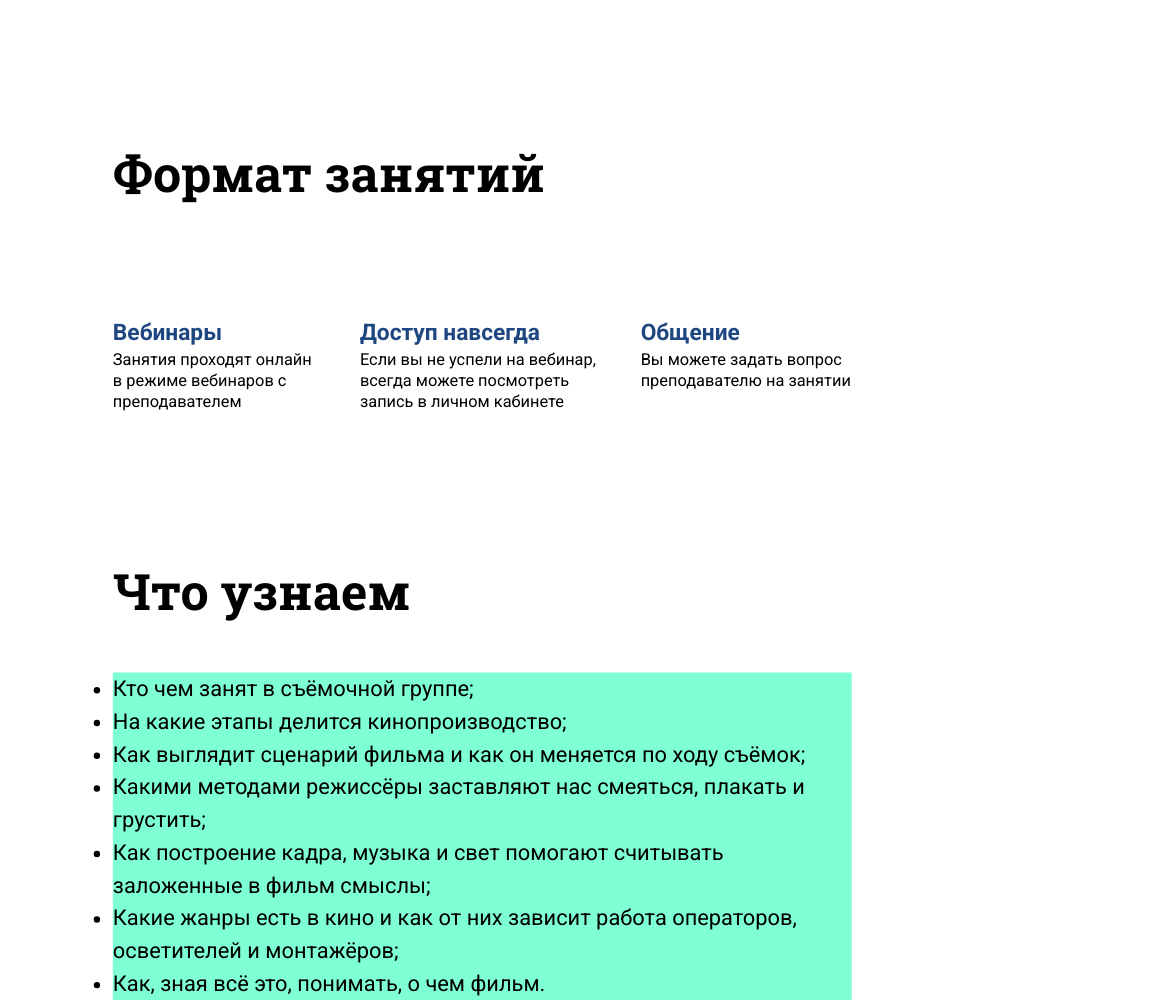
Repository: PoladEziz/Task2
Page: index.html
The author's editor kept a copy of each file at every save. The page is drawn from the files as they stood at one save, then again after the next save.
The browser window is 1280 px wide. The pictures show the whole page, at 91% of full size.

Above is the page before, as saved 2023-05-04 17:44:56.

After the next save:
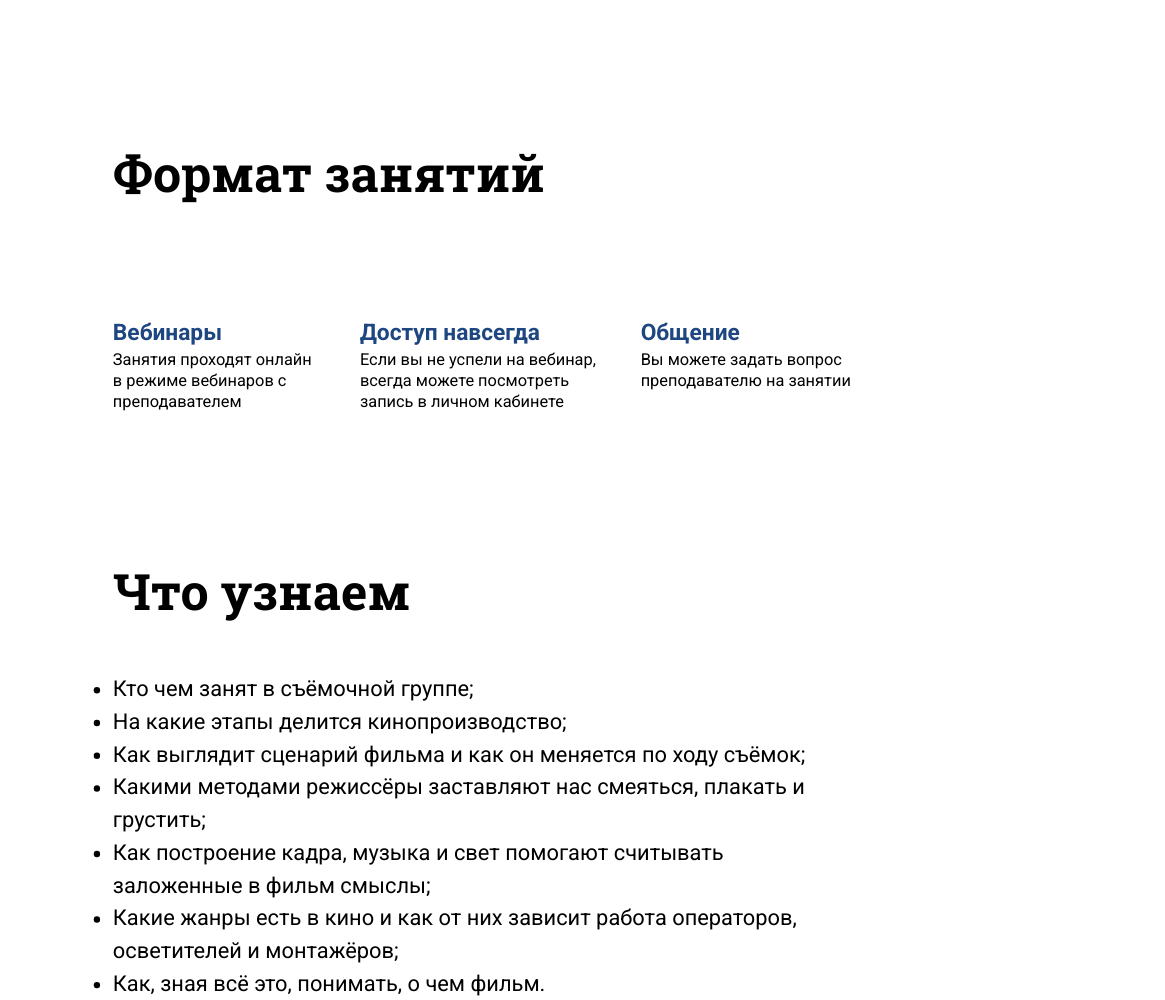
Saved 5 s later.
--- a/index.css
+++ b/index.css
@@ -82,9 +82,6 @@
   line-height: 56px;
   text-align: left;
 }
-.page-2 ul{
-    background-color: aquamarine;
-}
 
 .page-2 ul li {
   font-family: Roboto;
